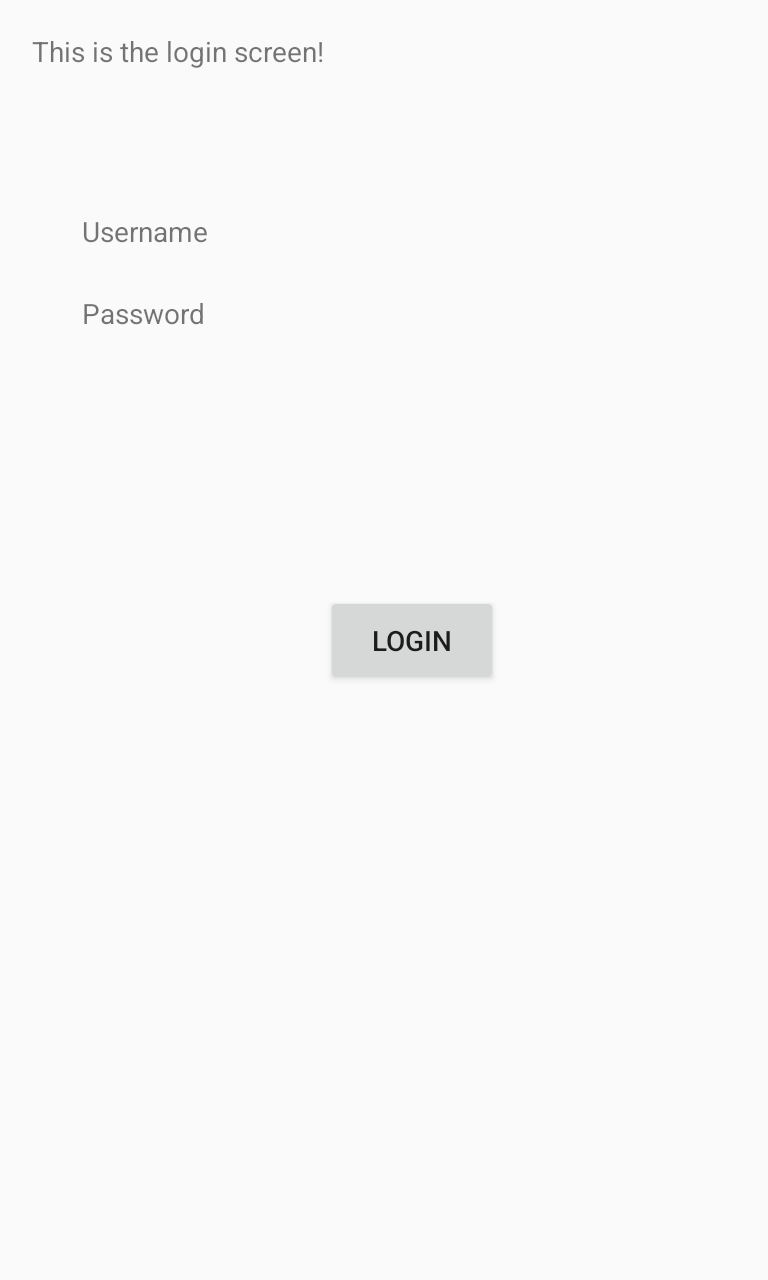
Repository: malithmp/comic
Layout: android/comic/res/layout/activity_login.xml
An editor plug-in stored every save of this project. The layout is shown before and after the next save, followed by the edit.
It is drawn on a 768 x 1280 px phone screen (xhdpi) without system bars, with theme AppTheme; the app's code is not run.

Above is the layout before, as saved 2014-07-24 03:21:39.

### android/comic/res/layout/activity_login.xml
<RelativeLayout xmlns:android="http://schemas.android.com/apk/res/android"
    xmlns:tools="http://schemas.android.com/tools"
    android:layout_width="match_parent"
    android:layout_height="match_parent"
    android:paddingBottom="@dimen/activity_vertical_margin"
    android:paddingLeft="@dimen/activity_horizontal_margin"
    android:paddingRight="@dimen/activity_horizontal_margin"
    android:paddingTop="@dimen/activity_vertical_margin"
    tools:context="com.comics.activities.LoginActivity" >

    <TextView
        android:id="@+id/textView2"
        android:layout_width="wrap_content"
        android:layout_height="wrap_content"
        android:text="@string/login_msg" />

    <TextView
        android:id="@+id/textView3"
        android:layout_width="wrap_content"
        android:layout_height="wrap_content"
        android:layout_alignLeft="@+id/textView1"
        android:layout_below="@+id/textView1"
        android:layout_marginTop="22dp"
        android:text="Password" />

    <Button
        android:id="@+id/button1"
        android:layout_width="wrap_content"
        android:layout_height="wrap_content"
        android:layout_centerVertical="true"
        android:layout_toRightOf="@+id/textView2"
        android:text="Login" />

    <TextView
        android:id="@+id/textView1"
        android:layout_width="wrap_content"
        android:layout_height="wrap_content"
        android:layout_alignLeft="@+id/textView2"
        android:layout_below="@+id/textView2"
        android:layout_marginLeft="25dp"
        android:layout_marginTop="71dp"
        android:text="Username" />



</RelativeLayout>

### android/comic/res/values/strings.xml
<?xml version="1.0" encoding="utf-8"?>
<resources>

    <string name="app_name">comic</string>
    <string name="splash_msg">This is the splash screen!</string>
    <string name="action_settings">Settings</string>
    <string name="title_activity_login">LoginActivity</string>
    <string name="login_msg">This is the login screen!</string>

</resources>

Loaded but not shown: android/comic/res/values/styles.xml (common file); android/comic/res/values-v11/styles.xml (common file); android/comic/res/values-v14/styles.xml (common file); android/comic/res/values/dimens.xml (common file); android/comic/res/values-w820dp/dimens.xml (common file)

After the next save:
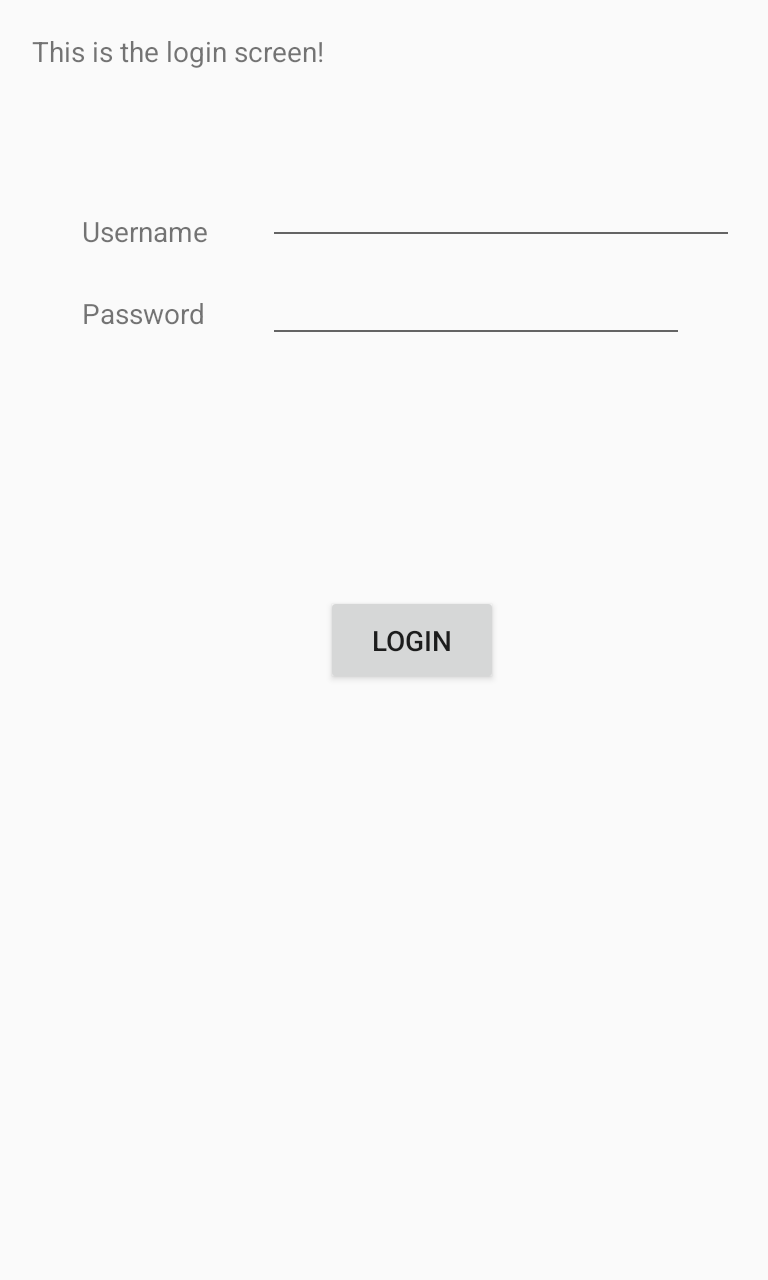
Saved 2 min 11 s later.
--- a/android/comic/res/layout/activity_login.xml
+++ b/android/comic/res/layout/activity_login.xml
@@ -41,6 +41,24 @@
         android:layout_marginTop="71dp"
         android:text="Username" />
 
+    <EditText
+        android:id="@+id/editText1"
+        android:layout_width="wrap_content"
+        android:layout_height="wrap_content"
+        android:layout_alignBaseline="@+id/textView3"
+        android:layout_alignBottom="@+id/textView3"
+        android:layout_marginLeft="29dp"
+        android:layout_toRightOf="@+id/textView1"
+        android:ems="10"
+        android:inputType="textPassword" />
 
+    <EditText
+        android:id="@+id/editText2"
+        android:layout_width="wrap_content"
+        android:layout_height="wrap_content"
+        android:layout_above="@+id/textView3"
+        android:layout_alignLeft="@+id/editText1"
+        android:layout_alignParentRight="true"
+        android:ems="10" />
 
 </RelativeLayout>
